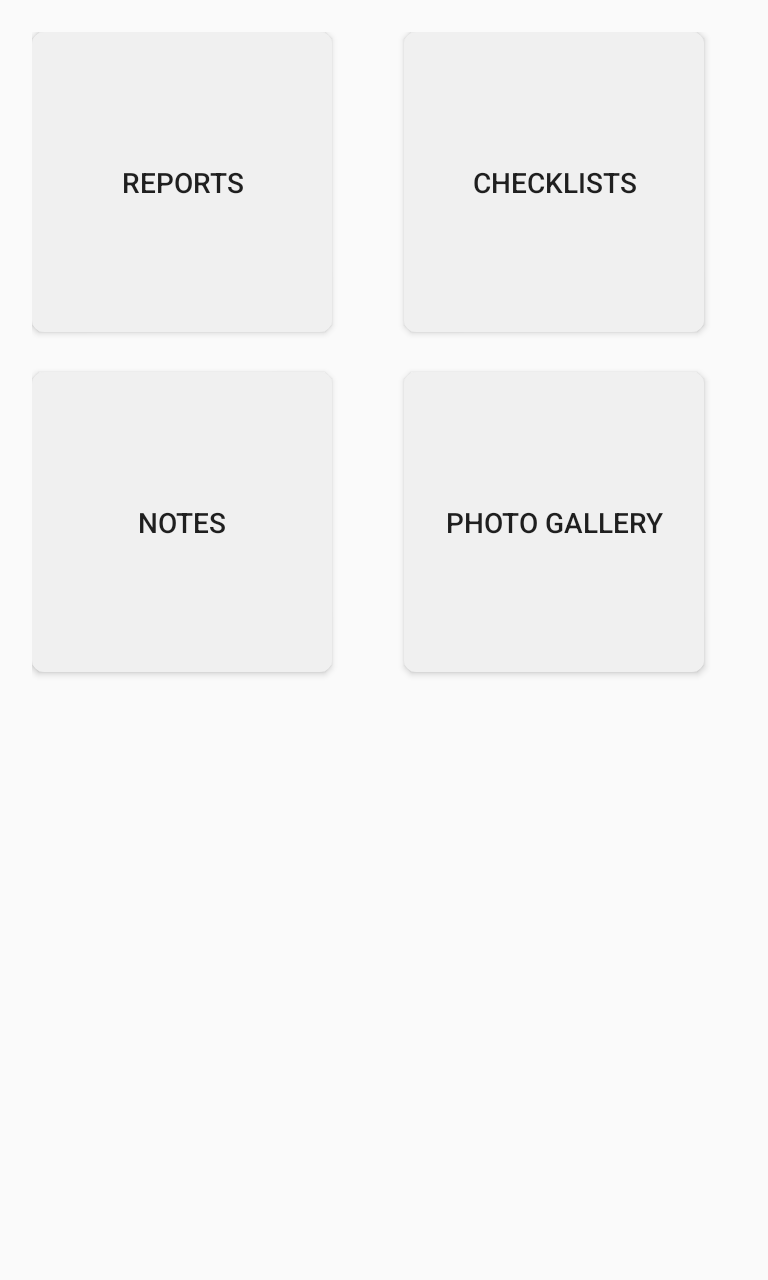
Repository: TheDizzler/shiny-octo-robot
Layout: Qdap/res/layout/fragment_categories.xml
An editor plug-in stored every save of this project. The layout is shown before and after a run of saves, followed by the edit.
It is drawn on a 768 x 1280 px phone screen (xhdpi) without system bars, with theme AppTheme; the app's code is not run.

Above is the layout before, as saved 2014-05-14 23:38:33.

After the next 3 saves:
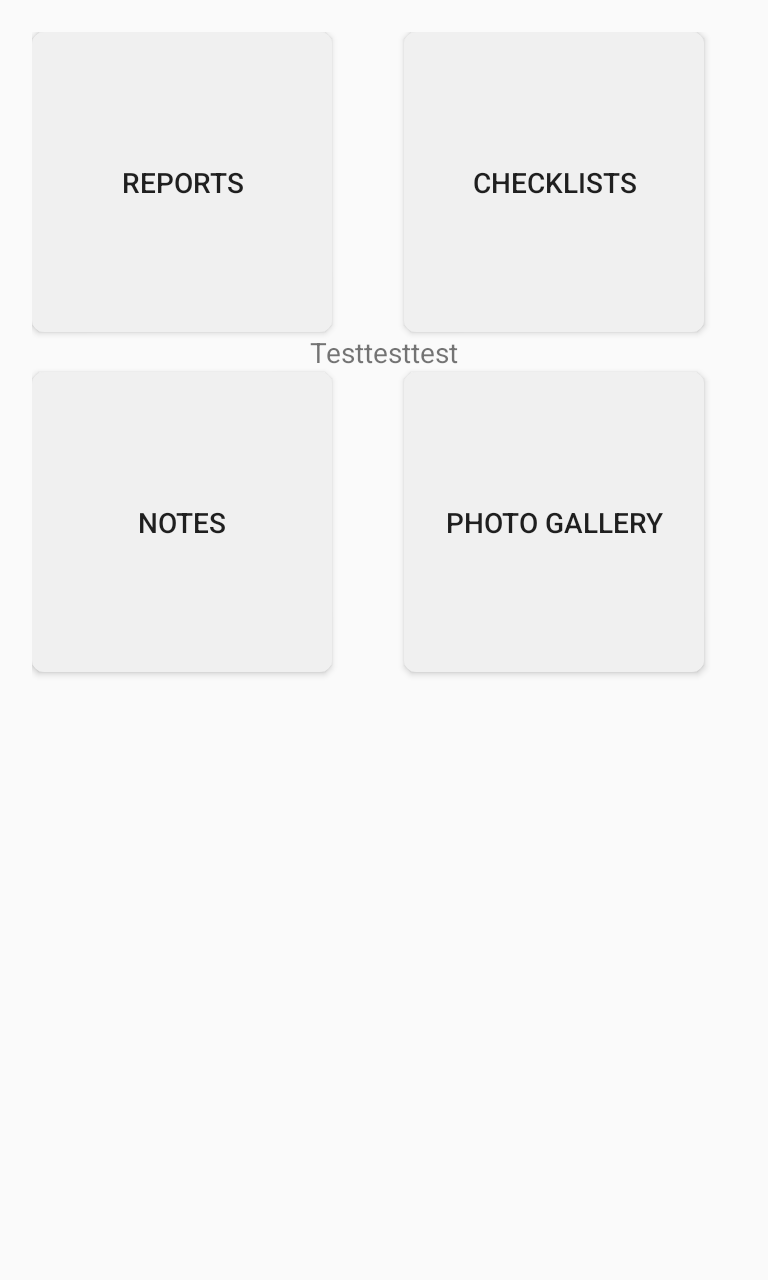
The 3 saves are shown as one change because they came seconds apart.
The last was saved 59 s later.
--- a/Qdap/res/layout/fragment_categories.xml
+++ b/Qdap/res/layout/fragment_categories.xml
@@ -4,21 +4,23 @@
     android:layout_width="wrap_content"
     android:layout_height="wrap_content"
     android:layout_gravity="center"
-    android:rowCount="3"
     android:columnCount="2"
     android:orientation="horizontal"
     android:paddingBottom="@dimen/activity_vertical_margin"
     android:paddingLeft="@dimen/activity_horizontal_margin"
     android:paddingRight="@dimen/activity_horizontal_margin"
     android:paddingTop="@dimen/activity_vertical_margin"
+    android:rowCount="4"
     tools:context="vdindustries.reportsview.Categories$PlaceholderFragment" >
 
     <TextView
         android:id="@+id/project_name"
-        android:text="Testtesttest"
         android:layout_width="wrap_content"
         android:layout_height="wrap_content"
-        android:layout_gravity="center" />
+        android:layout_columnSpan="2"
+        android:layout_gravity="center"
+        android:layout_rowSpan="2"
+        android:text="Testtesttest" />
 
     <Space
         android:layout_column="1"
